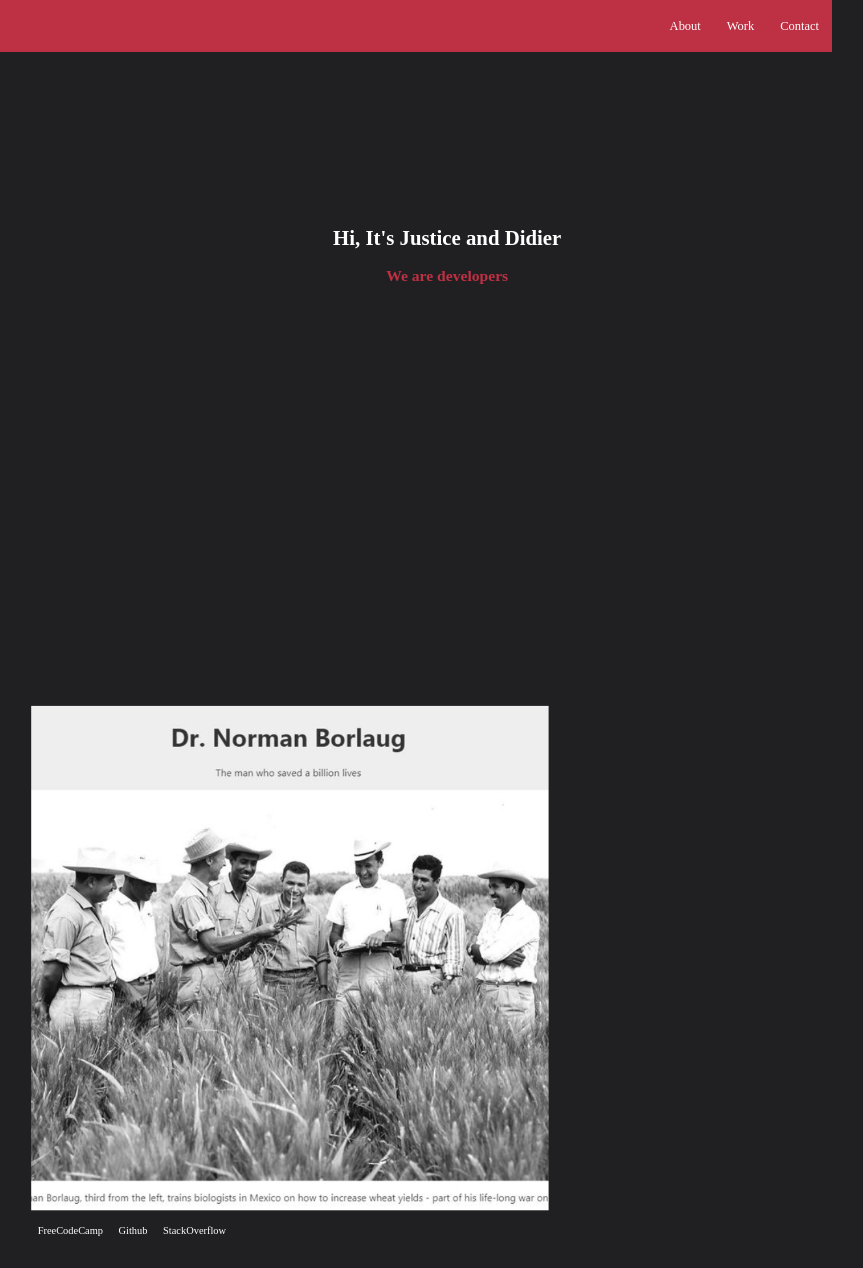
Repository: justicebhekani88/microverse_portfolio_project
Page: index.html
These files come from the project's save history. The page is drawn as it stood at one moment and after the next save; the edit follows.
The browser window is 1280 px wide. The page is 1328 px wide, so the pictures cover 1328 px, including what lies to the right of the window. The pictures show the whole page, at 65% of full size.

Above is the page before, as saved 2022-07-21 15:15:19.

After the next save:
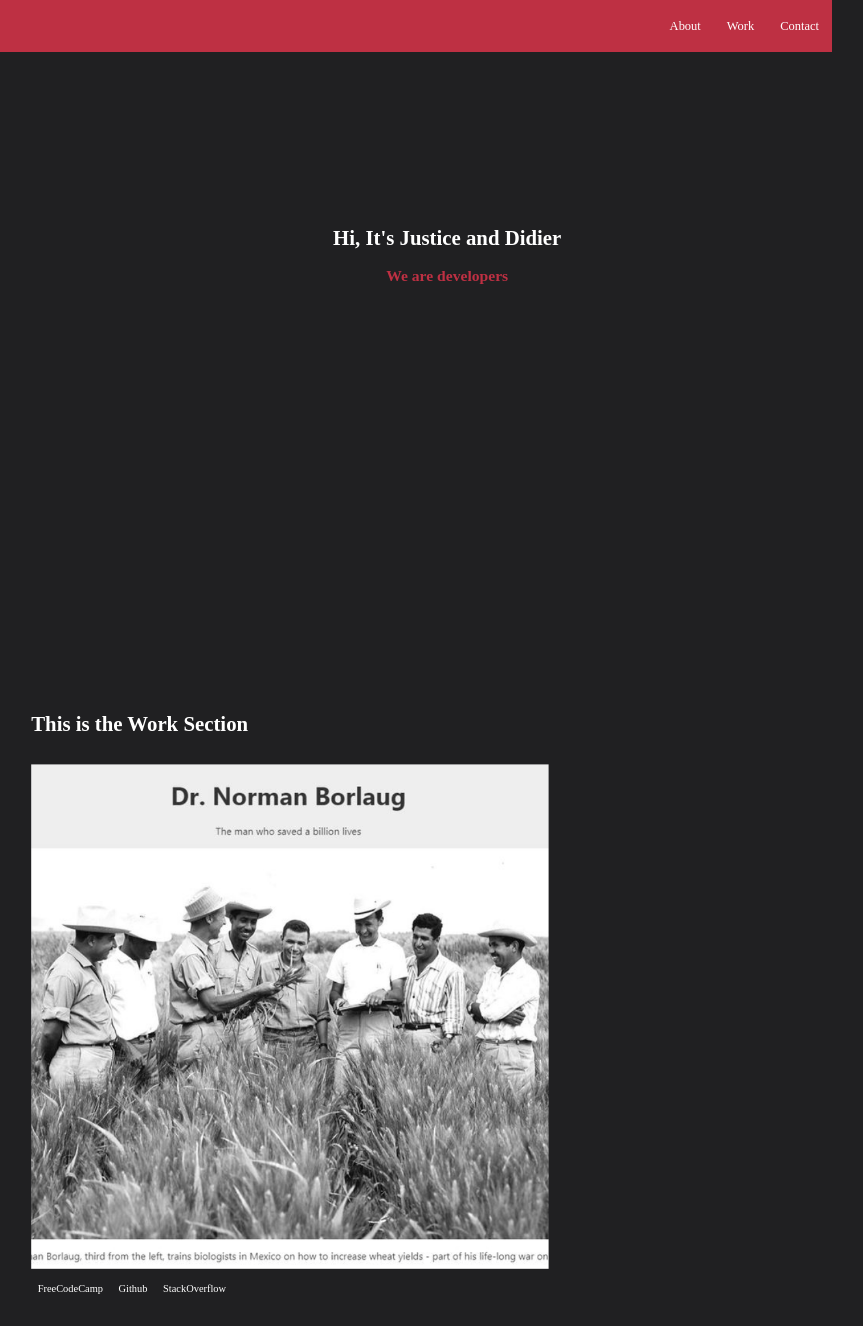
Saved 42 s later.
--- a/index.html
+++ b/index.html
@@ -25,6 +25,7 @@
             </div>
         </section>
         <section id="projects">
+            <h1>This is the Work Section</h1>
             <div class="project-tile">
             <a href="">
                 <div>
